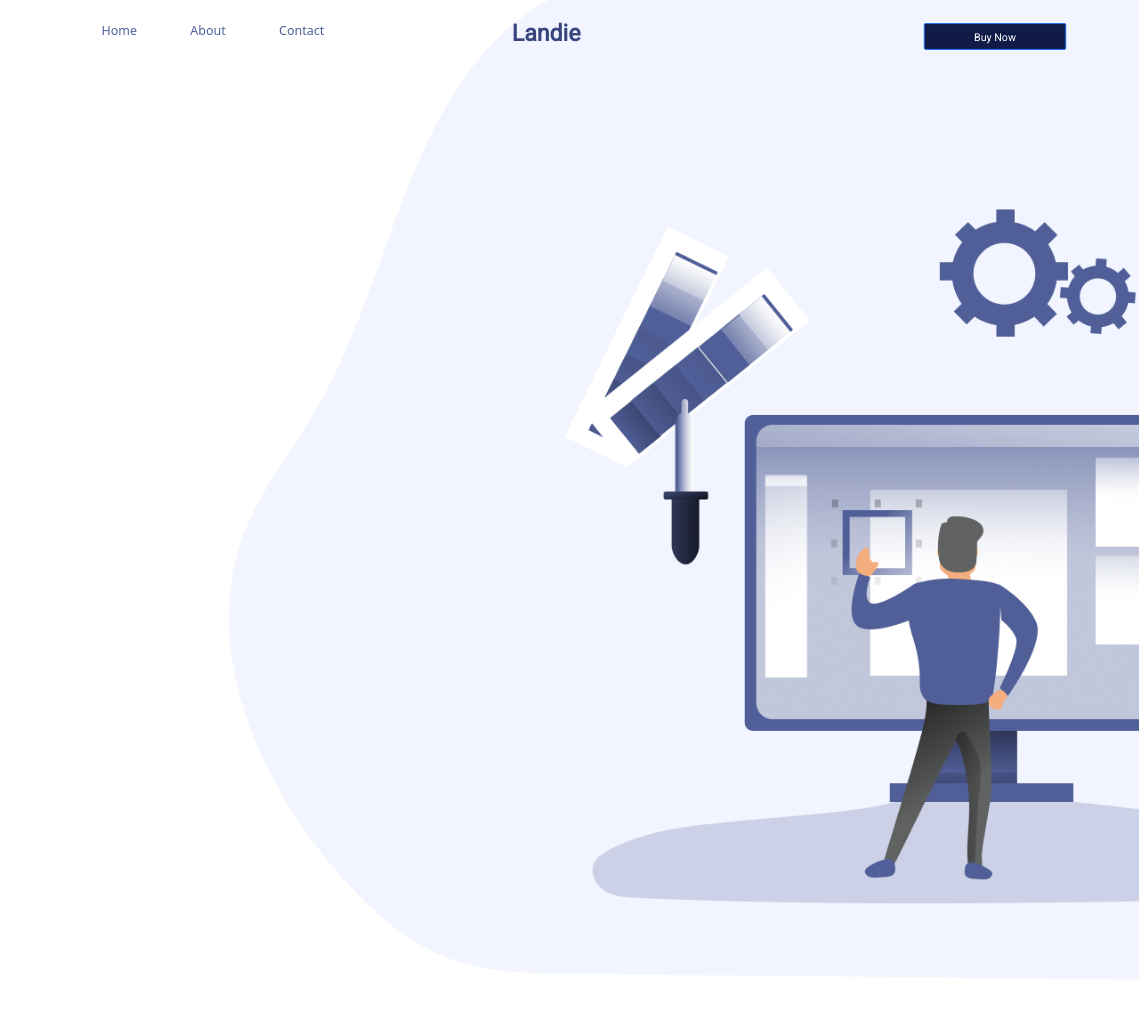
Repository: batonAnton/HW-Lec12-sass-pug
Page: index.html
These files come from the project's save history. The page is drawn as it stood at one moment and after the next save; the edit follows.
The browser window is 1280 px wide. The pictures show the whole page, at 89% of full size.
The style sheet was rebuilt from its Sass, Less or Tailwind sources for each picture, by a compiler version that may differ from the author's.

Above is the page before, as saved 2022-07-29 15:47:19.

### index.html
<!DOCTYPE html>
<html lang="en">
<head>
    <meta charset="UTF-8">
    <meta http-equiv="X-UA-Compatible" content="IE=edge">
    <meta name="viewport" content="width=device-width, initial-scale=1.0">
    <title>HW12 Saas</title>
    <link rel="preconnect" href="https://fonts.googleapis.com">
    <link rel="preconnect" href="https://fonts.gstatic.com" crossorigin>
    <link href="https://fonts.googleapis.com/css2?family=Roboto&display=swap" rel="stylesheet">
    <link href="https://cdn.jsdelivr.net/npm/bootstrap@5.2.0/dist/css/bootstrap.min.css" rel="stylesheet" integrity="sha384-gH2yIJqKdNHPEq0n4Mqa/HGKIhSkIHeL5AyhkYV8i59U5AR6csBvApHHNl/vI1Bx" crossorigin="anonymous">
    <link rel="stylesheet" href="css/style.css">
</head>
<body>
    <header>
        <div class="container">
            <div class="wrapper">
                <nav>
                    <div class="navigation">
                        <ul>
                            <li>
                                <a href="">home</a>
                            </li>
                            <li>
                                <a href="">about</a>
                            </li>
                            <li>
                                <a href="">contact</a>
                            </li>
                        </ul>
                        <div class="logo">
                            <h1>Landie</h1>
                        </div>
                        <div class="button">
                            <button type="button" class="btn btn-menu btn-primary">Buy now</button>
                        </div>
                    </div>
                </nav>

                <div class="leftBlock">

                </div>
            </div>
        </div>
    </header>
</body>
</html>

### css/style.scss
$primary-color: #091133;
$primaryFontStyle: Roboto;

@mixin generalStyleMenu(
  $sizeMenu: 14px,
  $lineHeight: 24px,
  $font-color: #505f98
) {
  font-size: $sizeMenu;
  line-height: $lineHeight;
  color: $font-color;
}

body {
  box-sizing: border-box;
}

header {
  width: 100%;
  height: 1160px;
  background-image: url(../image/header/header-bg.png);
  background-position: 100% -20%;
  background-repeat: no-repeat;

  .navigation {
    display: flex;
    justify-content: space-between;
    padding-top: 18px;
    align-items: center;

    ul {
      display: inline-flex;
      li {
        margin-right: 60px;
        list-style: none;
        a {
          text-decoration: none;
          text-transform: capitalize;
          @include generalStyleMenu;
        }
      }
    }
    .logo {
      display: flex;
      justify-content: center;
      margin-left: -235px;
      h1 {
        font-family: $primaryFontStyle;
        font-style: normal;
        font-weight: 900;
        font-size: 26px;
        line-height: 38px;
        color: #37447e;
      }
    }
     .btn-primary{
      font-family: 'Roboto';
      font-style: normal;
      font-weight: 500;
      font-size: 12px;
      line-height: 18px;
      color: #FFFFFF;
      text-transform: capitalize;
      background: #111b47;
      border-radius: 2px;
      width: 160px;
      height: 30px;

    }
  }
}

After the next save:
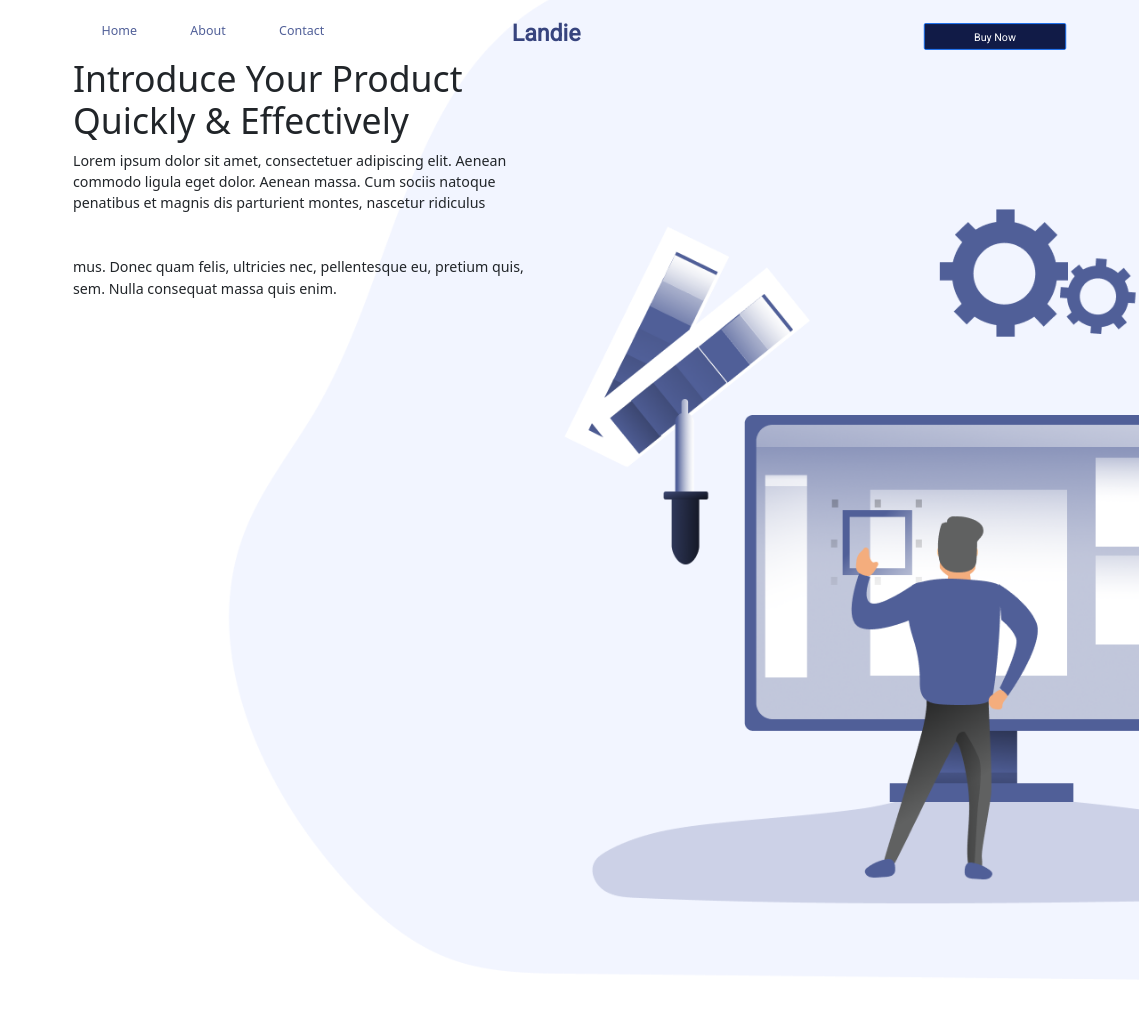
Saved 6 min 0 s later.
--- a/index.html
+++ b/index.html
@@ -38,7 +38,15 @@
                 </nav>
 
                 <div class="leftBlock">
+                    <h1>Introduce Your Product <br class="hideBR">
+                        Quickly & Effectively
+                    </h1>
 
+                    <p>
+                        Lorem ipsum dolor sit amet, consectetuer adipiscing elit. Aenean <br class="hideBR"> commodo ligula eget dolor. Aenean massa. Cum sociis natoque <br class="hideBR"> penatibus et magnis dis parturient montes, nascetur ridiculus <br class="hideBR">
+                        <br> <br>
+                        mus. Donec quam felis, ultricies nec, pellentesque eu, pretium quis, <br class="hideBR"> sem. Nulla consequat massa quis enim.
+                    </p>
                 </div>
             </div>
         </div>
